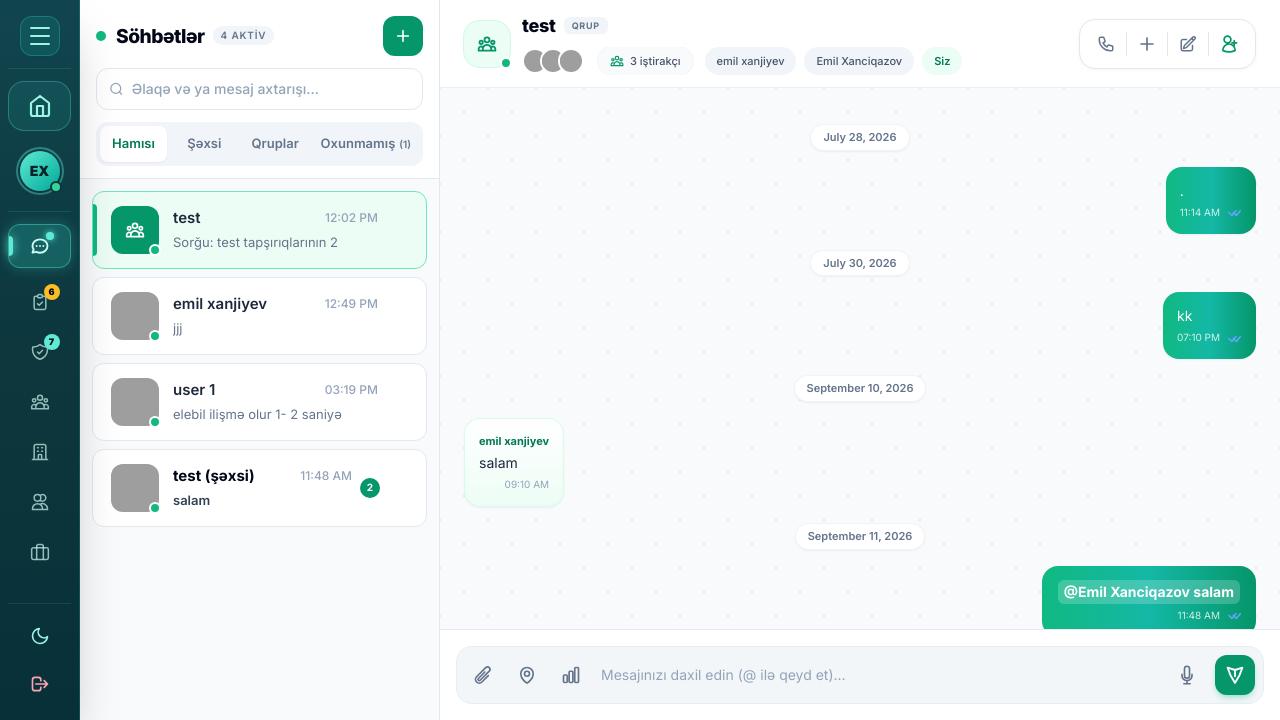
Repository: Murad-Ahmedov7/ticket-app
Page: /
These files come from the project's save history. The page is drawn as it stood at one moment and after a run of saves; the edit follows.
The browser window is 1280 px wide. The pictures show the whole page.
Pictures or frames that could not be fetched are drawn as grey boxes. An inner scrolling area shows only its first screen. The project was rebuilt for these pictures with package versions that can differ from the ones it lists, and the page was loaded fresh each time. Also part of the build but not shown: vite.config.js, src/components/chat/ReplyQuote.jsx, src/components/chat/ReactionPicker.jsx, src/components/tasks/TaskKanban.jsx, src/components/tasks/TaskCalendar.jsx, src/components/modals/AudioCallModal.jsx, src/utils/pollOptionDrag.js, src/components/modals/PollModal.jsx and 13 more.

Above is the page before, as saved 2026-09-30 21:49:22.

### index.html
<!DOCTYPE html>
<html lang="az">
  <head>
    <meta charset="UTF-8" />
    <meta name="viewport" content="width=device-width, initial-scale=1.0, maximum-scale=1.0, user-scalable=no" />
    <title>Halal - Müasir Kommunikasiya və Tapşırıq Platforması (Halal 1 - 16)</title>
    <link rel="preconnect" href="https://fonts.googleapis.com" />
    <link rel="preconnect" href="https://fonts.gstatic.com" crossorigin />
    <link href="https://fonts.googleapis.com/css2?family=Inter:wght@300;400;500;600;700;800;900&family=JetBrains+Mono:wght@400;500;600;700&display=swap" rel="stylesheet" />
  </head>
  <body class="bg-slate-100 dark:bg-slate-950 text-slate-800 dark:text-slate-100 font-sans antialiased overflow-hidden h-screen select-none">
    <div id="root" class="flex h-full"></div>
    <script type="module" src="/src/main.jsx"></script>
  </body>
</html>

### src/main.jsx
import React from "react";
import { createRoot } from "react-dom/client";
import App from "./App.jsx";
import "./index.css";

createRoot(document.getElementById("root")).render(
  <React.StrictMode>
    <App />
  </React.StrictMode>,
);

### src/components/chat/ChatView.jsx
import { useState } from 'react';
import ConversationList from './ConversationList.jsx';
import ChatHeader from './ChatHeader.jsx';
import MessageList from './MessageList.jsx';
import MessageComposer from './MessageComposer.jsx';
import ReactionPicker from './ReactionPicker.jsx';

export default function ChatView({ conversations, messages, activeChatId, chatCategory, onCategory, onSelect, onDelete, onModal,
  onSend, onFile, onLocation, onVoice, onReaction, onVote, notify, reply, onReply, onCancelReply, onTaskDetail }) {

    const [reaction, setReaction] = useState(null);
    const [showConversationList, setShowConversationList] = useState(false);
    const conversation = conversations.find(c => c.id === activeChatId);

  return <section className="chat-layout flex-1 flex flex-col h-full overflow-hidden min-w-0" data-list-open={showConversationList || !conversation}>
    <nav className="chat-view-tabs shrink-0 gap-2 border-b border-slate-200 bg-white p-2 dark:border-slate-700 dark:bg-slate-900" aria-label="Söhbət görünüşü">
      <button type="button" aria-pressed={showConversationList || !conversation} onClick={() => { setShowConversationList(true); setReaction(null); }} className="min-w-0 flex-1 rounded-lg px-3 py-2 text-xs font-bold text-slate-600 aria-pressed:bg-teal-600 aria-pressed:text-white dark:text-slate-200">Söhbətlər</button>
      <button type="button" disabled={!conversation} aria-pressed={!showConversationList && !!conversation} onClick={() => setShowConversationList(false)} className="min-w-0 flex-1 truncate rounded-lg px-3 py-2 text-xs font-bold text-slate-600 aria-pressed:bg-teal-600 aria-pressed:text-white disabled:opacity-40 dark:text-slate-200">{conversation?.name || 'Mesajlar'}</button>
    </nav>
    <div className="chat-workspace flex min-h-0 min-w-0 flex-1" data-list-open={showConversationList || !conversation}>
    <div className="chat-conversations">
    <ConversationList conversations={conversations} activeChatId={activeChatId} chatCategory={chatCategory} onCategory={onCategory} onSelect={id => { onSelect(id); setShowConversationList(false); setReaction(null); }} onDelete={onDelete} onNewChat={() => onModal('newChat')} />
    </div>
    <div className="chat-panel flex-1 flex flex-col h-full bg-white dark:bg-slate-950 overflow-hidden min-w-0 relative">
      {conversation && <>
        <ChatHeader onShowConversations={() => setShowConversationList(true)} conversation={conversation} onCall={() => onModal('audioCall')} onCreateTask={() => onModal('createTask')} onInfo={() => onModal('chatInfo')} onAddMember={() => onModal('groupBulk')} />
        <MessageList messages={messages[activeChatId] || []} activeChatId={activeChatId} onReactionPicker={(event, id) => { event.stopPropagation(); const rect = event.currentTarget.getBoundingClientRect(); setReaction({ id, top: rect.top, left: rect.left }); }} onReaction={onReaction} onReply={onReply} onEdit={message => onModal('editMessage', message)} onCreateTask={message => onModal('createTask', { title: message.text?.slice(0, 30) || 'Söhbət tapşırığı', comment: `Mesajdan yaradıldı: "${message.text || ''}"` })} onTaskDetail={onTaskDetail} onVote={onVote} notify={notify} />
        <MessageComposer reply={reply} onCancelReply={onCancelReply} onSend={onSend} onFile={onFile} onLocation={onLocation} onPoll={() => onModal('poll')} onVoice={onVoice} notify={notify} />
      </>}
      {reaction && <ReactionPicker position={reaction} onClose={() => setReaction(null)} onReact={emoji => { onReaction(reaction.id, emoji); setReaction(null); }} />}
    </div>
    </div>
  </section>;
}

### src/components/common/ToastContainer.jsx
import { useEffect, useState } from 'react';

function Toast({ toast, onDismiss }) {
  const [phase, setPhase] = useState('enter');
  useEffect(() => {
    const frame = requestAnimationFrame(() => setPhase('visible'));
    const fade = setTimeout(() => setPhase('exit'), 2800);
    const remove = setTimeout(() => onDismiss(toast.id), 3100);
    return () => { cancelAnimationFrame(frame); clearTimeout(fade); clearTimeout(remove); };
  }, [toast.id, onDismiss]);
  return <div className={`px-4 py-3 rounded-2xl bg-slate-900/90 dark:bg-white/95 text-white dark:text-slate-900 text-xs font-semibold shadow-2xl border border-white/10 backdrop-blur pointer-events-auto transform transition-all duration-300 flex items-center gap-2.5 ${phase === 'enter' ? 'translate-y-2 opacity-0' : phase === 'exit' ? '-translate-y-2 opacity-0' : ''}`}><span className="w-2 h-2 rounded-full bg-brand-500 shrink-0" /><span>{toast.message}</span></div>;
}

export default function ToastContainer({ toasts, onDismiss }) {
  return <div className="fixed top-5 right-5 z-[100] flex flex-col gap-2 pointer-events-none" aria-live="polite">{toasts.map(toast => <Toast key={toast.id} toast={toast} onDismiss={onDismiss} />)}</div>;
}

### src/components/chat/MessageList.jsx
import { Fragment, useEffect, useRef, useState } from 'react';
import MessageBubble from './MessageBubble.jsx';

export default function MessageList({ messages, activeChatId, ...actions }) {
  const scrollArea = useRef(null);
  const [playingId, setPlayingId] = useState(null);
  useEffect(() => { scrollArea.current.scrollTop = scrollArea.current.scrollHeight; }, [messages, activeChatId]);
  useEffect(() => { setPlayingId(null); }, [activeChatId]);
  useEffect(() => {
    if (playingId === null) return;
    const timeout = setTimeout(() => setPlayingId(null), 5000);
    return () => clearTimeout(timeout);
  }, [playingId]);
  function jumpToMessage(id) {
    const row = [...(scrollArea.current?.querySelectorAll('[data-message-id]') || [])].find(item => item.dataset.messageId === String(id));
    if (!row) return actions.notify('Əvvəlki mesaj artıq bu söhbətdə yoxdur');
    const reducedMotion = window.matchMedia('(prefers-reduced-motion: reduce)').matches;
    row.scrollIntoView({ block: 'center', behavior: reducedMotion ? 'instant' : 'smooth' });
    row.animate([{ backgroundColor: 'rgba(16,185,129,0.22)' }, { backgroundColor: 'transparent' }], { duration: reducedMotion ? 0 : 1400 });
  }
  return <div ref={scrollArea} id="messages-scroll-area" className="chat-messages min-h-0 min-w-0 flex-1 overflow-y-auto overflow-x-hidden p-4 md:p-6 custom-chat-bg space-y-4">
    {messages.map((message, index) => <Fragment key={message.id}>
      {(index === 0 || message.date !== messages[index - 1].date) && <div className="flex justify-center my-3"><span className="px-3 py-1 rounded-full text-[11px] font-semibold bg-white/90 dark:bg-slate-800/90 text-slate-500 dark:text-slate-400 shadow-sm border border-slate-200/50 dark:border-slate-700/60 backdrop-blur">{message.date}</span></div>}
      <MessageBubble message={message} {...actions} onJumpToMessage={jumpToMessage} playing={playingId === message.id} onPlay={() => {
        const stop = playingId === message.id;
        setPlayingId(stop ? null : message.id);
        actions.notify(stop ? 'Səs dayandırıldı' : `Səs oxudulur: ${message.audioUrl?.split('/').pop() || ''}`);
      }} />
    </Fragment>)}
  </div>;
}

### src/components/chat/MessageComposer.jsx
import ReplyQuote from './ReplyQuote.jsx';
import { createReplySnapshot } from '../../utils/messageReply.js';
import { useEffect, useRef, useState } from 'react';
import Icon from '../common/Icons.jsx';

export default function MessageComposer({ reply, onCancelReply, onSend, onFile, onLocation, onPoll, onVoice, notify }) {
  const [text, setText] = useState('');
  const [recording, setRecording] = useState(false);
  const input = useRef(null);
  const fileInput = useRef(null);
  useEffect(() => { if (reply) input.current?.focus(); }, [reply]);
  function submit(event) {
    event.preventDefault();
    if (!text.trim()) return;
    onSend(text.trim());
    setText('');
  }
  return <>
    {reply && <div className="chat-reply flex min-w-0 shrink-0 items-center gap-2 border-t border-slate-200/80 bg-white px-3 py-2 dark:border-slate-700 dark:bg-slate-900">
      <div className="min-w-0 flex-1"><ReplyQuote reply={createReplySnapshot(reply)} /></div>
      <button type="button" onClick={onCancelReply} title="Cavabı ləğv et" aria-label="Cavabı ləğv et" className="flex h-9 w-9 shrink-0 items-center justify-center rounded-xl text-slate-400 hover:bg-emerald-50 hover:text-emerald-700 dark:hover:bg-emerald-900/40 dark:hover:text-emerald-300"><Icon name="close" /></button>
    </div>}
    <div className="chat-composer p-3 md:p-4 bg-white dark:bg-slate-900 border-t border-slate-200/80 dark:border-slate-800 shrink-0">
      <form onSubmit={submit} className="chat-compose-form relative flex items-center gap-2 bg-slate-100/90 dark:bg-slate-800/90 rounded-2xl p-2 border border-slate-200/60 dark:border-slate-700">
        <button type="button" onClick={() => fileInput.current.click()} className="p-2 rounded-xl text-slate-500 hover:text-emerald-700 hover:bg-emerald-100 dark:hover:text-emerald-300 dark:hover:bg-emerald-900/40 transition" title="Fayl və ya sənəd əlavə et"><Icon name="attachment" className="w-5 h-5" /></button>
        <input ref={fileInput} type="file" className="hidden" onChange={e => { if (e.target.files[0]) onFile(e.target.files[0]); e.target.value = ''; }} />
        <button type="button" onClick={onLocation} className="p-2 rounded-xl text-slate-500 hover:text-emerald-700 hover:bg-emerald-100 dark:hover:text-emerald-300 dark:hover:bg-emerald-900/40 transition" title="Məkan paylaş"><Icon name="location" className="w-5 h-5" /></button>
        <button type="button" onClick={onPoll} className="p-2 rounded-xl text-slate-500 hover:text-emerald-700 hover:bg-emerald-100 dark:hover:text-emerald-300 dark:hover:bg-emerald-900/40 transition" title="Sorğu təşkil et"><Icon name="poll" className="w-5 h-5" /></button>
        <textarea ref={input} rows="1" value={text} onChange={e => setText(e.target.value)} onKeyDown={e => { if (e.key === 'Enter' && !e.shiftKey) submit(e); }} placeholder="Mesajınızı daxil edin (@ ilə qeyd et)..." className="min-w-0 w-0 flex-1 bg-transparent text-xs md:text-sm text-slate-800 dark:text-slate-100 placeholder-slate-400 focus:outline-none resize-none py-2 px-1 max-h-32" />
        <button type="button" onClick={() => { if (recording) onVoice(); else notify('Mikrofon yazır... Tamamlamaq üçün yenidən vurun'); setRecording(!recording); }} className={`p-2.5 rounded-xl ${recording ? 'text-rose-500 animate-pulse' : 'text-slate-500'} hover:text-emerald-700 hover:bg-emerald-100 dark:hover:text-emerald-300 dark:hover:bg-emerald-900/40 transition`} title="Səsli mesaj yaz"><Icon name="mic" className="w-5 h-5" /></button>
        <button type="submit" className="p-2.5 rounded-xl bg-emerald-600 hover:bg-emerald-700 text-white transition shadow-md shadow-emerald-500/25 active:scale-95" title="Göndər"><Icon name="send" className="w-5 h-5 rotate-90" strokeWidth={2.2} /></button>
      </form>
    </div>
  </>;
}

### src/components/chat/VoiceNote.jsx
import { useEffect, useRef, useState } from 'react';

export default function VoiceNote({ message, playing, onToggle, notify }) {
  const audio = useRef(null);
  const [step, setStep] = useState(0);
  useEffect(() => {
    if (!playing) return;
    const Context = window.AudioContext || window.webkitAudioContext;
    if (!Context) return;
    const ctx = new Context();
    audio.current = ctx;
    const osc = ctx.createOscillator();
    const gain = ctx.createGain();
    const filter = ctx.createBiquadFilter();
    osc.type = 'sawtooth';
    osc.frequency.setValueAtTime(220, ctx.currentTime);
    osc.frequency.exponentialRampToValueAtTime(330, ctx.currentTime + 2);
    osc.frequency.exponentialRampToValueAtTime(190, ctx.currentTime + 5);
    filter.type = 'bandpass';
    filter.frequency.setValueAtTime(800, ctx.currentTime);
    filter.Q.setValueAtTime(3, ctx.currentTime);
    gain.gain.setValueAtTime(0.08, ctx.currentTime);
    gain.gain.linearRampToValueAtTime(0.08, ctx.currentTime + 4.9);
    gain.gain.linearRampToValueAtTime(0.001, ctx.currentTime + 5);
    osc.connect(filter); filter.connect(gain); gain.connect(ctx.destination);
    ctx.resume().catch(() => {});
    osc.start();
    osc.stop(ctx.currentTime + 5);
    const interval = setInterval(() => setStep(value => value + 1), 100);
    return () => {
      clearInterval(interval);
      try { osc.stop(); } catch { /* Already ended. */ }
      osc.disconnect(); filter.disconnect(); gain.disconnect();
      ctx.close().catch(() => {});
      audio.current = null;
    };
  }, [playing]);
  const heights = [12, 20, 8, 24, 16, 8, 20, 12, 24, 8, 16];
  return <div className="flex items-center gap-3 py-1">
    <button onClick={onToggle} title={playing ? 'Səsi dayandır' : 'Səsi oxut'} className={`w-9 h-9 rounded-full ${message.isOutgoing ? 'bg-white text-emerald-700 hover:bg-slate-100' : 'bg-gradient-to-br from-emerald-500 to-teal-500 text-white hover:brightness-105'} flex items-center justify-center shrink-0 shadow-md transition active:scale-95`}>
      <svg className={`w-4 h-4 ${playing ? '' : 'ml-0.5'}`} fill="currentColor" viewBox="0 0 24 24"><path d={playing ? 'M6 19h4V5H6v14zm8-14v14h4V5h-4z' : 'M8 5v14l11-7z'} /></svg>
    </button>
    <div className="flex flex-col flex-1 min-w-[170px]">
      <div className="flex items-end gap-1 h-6 cursor-pointer py-1" onClick={() => notify(`Audio zaman xətti: ${message.duration}`)}>
        {heights.map((height, index) => <span key={index} className={`audio-waveform-bar w-1 rounded-full ${message.isOutgoing ? ['bg-white/90', 'bg-white/80', 'bg-white/70', 'bg-white/90', 'bg-white/80', 'bg-white/60', 'bg-white/85', 'bg-white/70', 'bg-white/90', 'bg-white/50', 'bg-white/75'][index] : ['bg-emerald-600', 'bg-emerald-500', 'bg-emerald-400', 'bg-emerald-600', 'bg-emerald-500', 'bg-emerald-400', 'bg-emerald-600', 'bg-emerald-400', 'bg-emerald-600', 'bg-emerald-300', 'bg-emerald-400'][index]}`} style={{ height: playing ? Math.floor(Math.sin((step + index) * 0.8) * 10 + 14) : height }} />)}
      </div>
      <div className={`flex items-center justify-between text-[10px] ${message.isOutgoing ? 'text-white/80' : 'text-emerald-700/80'}`}><span>0:00</span><span>{message.duration}</span></div>
    </div>
  </div>;
}

Loaded but not shown: src/data/initialState.js (223 lines, source omitted); src/utils/helpers.js (40 lines, source omitted); src/utils/messageReply.js (35 lines, source omitted); tailwind.config.js (17 lines, source omitted); src/components/users/UsersView.jsx (824 lines, source omitted); src/components/employees/EmployeesView.jsx (817 lines, source omitted); src/components/groups/GroupsView.jsx (780 lines, source omitted); src/components/operator/OperatorView.jsx (582 lines, source omitted); src/App.jsx (335 lines, source omitted); src/components/chat/ChatHeader.jsx (630 lines, source omitted); src/components/companies/CompaniesView.jsx (603 lines, source omitted); src/components/tasks/TaskTable.jsx (654 lines, source omitted); src/components/chat/ConversationList.jsx (409 lines, source omitted); src/components/Sidebar.jsx (256 lines, source omitted); src/components/chat/MessageBubble.jsx (65 lines, source omitted); src/components/tasks/TasksView.jsx (252 lines, source omitted); src/index.css (124 lines, source omitted); src/components/common/Icons.jsx (41 lines, source omitted)

After the next 5 saves:
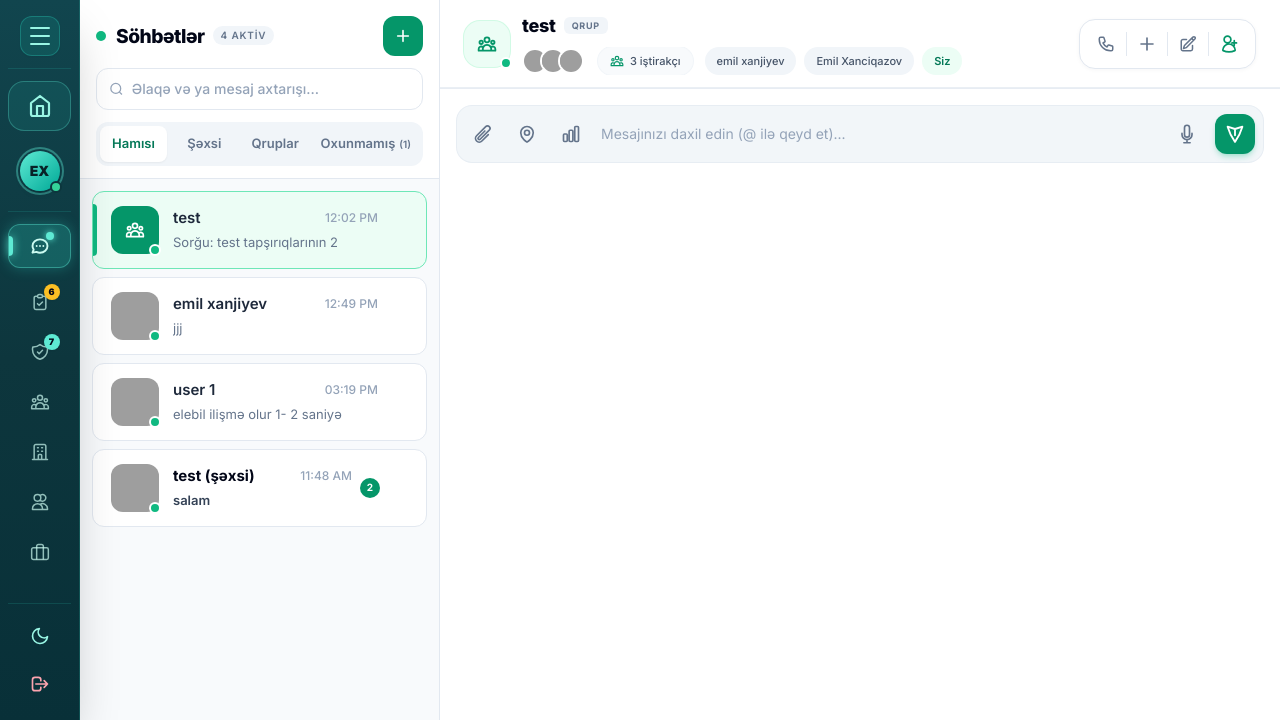
The 5 saves are shown as one change because they came seconds apart.
The last was saved 23 s later.
--- a/src/components/chat/MessageList.jsx
+++ b/src/components/chat/MessageList.jsx
@@ -1,31 +1,37 @@
-import { Fragment, useEffect, useRef, useState } from 'react';
-import MessageBubble from './MessageBubble.jsx';
+// import { Fragment, useEffect, useRef, useState } from 'react';
+// import MessageBubble from './MessageBubble.jsx';
+
+// export default function MessageList({ messages, activeChatId, ...actions }) {
+//   const scrollArea = useRef(null);
+//   const [playingId, setPlayingId] = useState(null);
+//   useEffect(() => { scrollArea.current.scrollTop = scrollArea.current.scrollHeight; }, [messages, activeChatId]);
+//   useEffect(() => { setPlayingId(null); }, [activeChatId]);
+//   useEffect(() => {
+//     if (playingId === null) return;
+//     const timeout = setTimeout(() => setPlayingId(null), 5000);
+//     return () => clearTimeout(timeout);
+//   }, [playingId]);
+//   function jumpToMessage(id) {
+//     const row = [...(scrollArea.current?.querySelectorAll('[data-message-id]') || [])].find(item => item.dataset.messageId === String(id));
+//     if (!row) return actions.notify('Əvvəlki mesaj artıq bu söhbətdə yoxdur');
+//     const reducedMotion = window.matchMedia('(prefers-reduced-motion: reduce)').matches;
+//     row.scrollIntoView({ block: 'center', behavior: reducedMotion ? 'instant' : 'smooth' });
+//     row.animate([{ backgroundColor: 'rgba(16,185,129,0.22)' }, { backgroundColor: 'transparent' }], { duration: reducedMotion ? 0 : 1400 });
+//   }
+//   return <div ref={scrollArea} id="messages-scroll-area" className="chat-messages min-h-0 min-w-0 flex-1 overflow-y-auto overflow-x-hidden p-4 md:p-6 custom-chat-bg space-y-4">
+//     {messages.map((message, index) => <Fragment key={message.id}>
+//       {(index === 0 || message.date !== messages[index - 1].date) && <div className="flex justify-center my-3"><span className="px-3 py-1 rounded-full text-[11px] font-semibold bg-white/90 dark:bg-slate-800/90 text-slate-500 dark:text-slate-400 shadow-sm border border-slate-200/50 dark:border-slate-700/60 backdrop-blur">{message.date}</span></div>}
+//       <MessageBubble message={message} {...actions} onJumpToMessage={jumpToMessage} playing={playingId === message.id} onPlay={() => {
+//         const stop = playingId === message.id;
+//         setPlayingId(stop ? null : message.id);
+//         actions.notify(stop ? 'Səs dayandırıldı' : `Səs oxudulur: ${message.audioUrl?.split('/').pop() || ''}`);
+//       }} />
+//     </Fragment>)}
+//   </div>;
+// }
+
+
 
 export default function MessageList({ messages, activeChatId, ...actions }) {
-  const scrollArea = useRef(null);
-  const [playingId, setPlayingId] = useState(null);
-  useEffect(() => { scrollArea.current.scrollTop = scrollArea.current.scrollHeight; }, [messages, activeChatId]);
-  useEffect(() => { setPlayingId(null); }, [activeChatId]);
-  useEffect(() => {
-    if (playingId === null) return;
-    const timeout = setTimeout(() => setPlayingId(null), 5000);
-    return () => clearTimeout(timeout);
-  }, [playingId]);
-  function jumpToMessage(id) {
-    const row = [...(scrollArea.current?.querySelectorAll('[data-message-id]') || [])].find(item => item.dataset.messageId === String(id));
-    if (!row) return actions.notify('Əvvəlki mesaj artıq bu söhbətdə yoxdur');
-    const reducedMotion = window.matchMedia('(prefers-reduced-motion: reduce)').matches;
-    row.scrollIntoView({ block: 'center', behavior: reducedMotion ? 'instant' : 'smooth' });
-    row.animate([{ backgroundColor: 'rgba(16,185,129,0.22)' }, { backgroundColor: 'transparent' }], { duration: reducedMotion ? 0 : 1400 });
-  }
-  return <div ref={scrollArea} id="messages-scroll-area" className="chat-messages min-h-0 min-w-0 flex-1 overflow-y-auto overflow-x-hidden p-4 md:p-6 custom-chat-bg space-y-4">
-    {messages.map((message, index) => <Fragment key={message.id}>
-      {(index === 0 || message.date !== messages[index - 1].date) && <div className="flex justify-center my-3"><span className="px-3 py-1 rounded-full text-[11px] font-semibold bg-white/90 dark:bg-slate-800/90 text-slate-500 dark:text-slate-400 shadow-sm border border-slate-200/50 dark:border-slate-700/60 backdrop-blur">{message.date}</span></div>}
-      <MessageBubble message={message} {...actions} onJumpToMessage={jumpToMessage} playing={playingId === message.id} onPlay={() => {
-        const stop = playingId === message.id;
-        setPlayingId(stop ? null : message.id);
-        actions.notify(stop ? 'Səs dayandırıldı' : `Səs oxudulur: ${message.audioUrl?.split('/').pop() || ''}`);
-      }} />
-    </Fragment>)}
-  </div>;
+  return
 }
